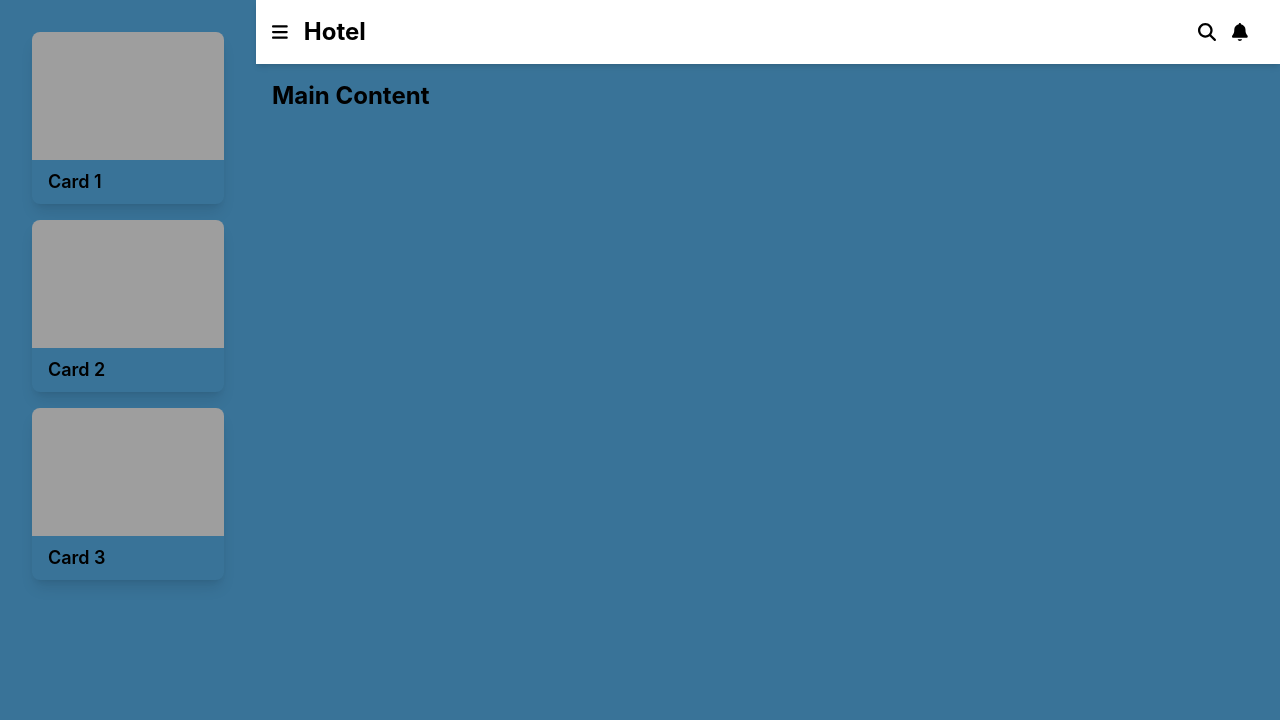
Repository: musabismael/Hotel
Page: /
An editor plug-in stored every save of this project. The page is shown before and after the next save, followed by the edit.
The browser window is 1280 px wide. The pictures show the whole page.
Pictures or frames that could not be fetched are drawn as grey boxes. The project was rebuilt for these pictures with package versions that can differ from the ones it lists, and the page was loaded fresh each time. Also part of the build but not shown: vite.config.js.

Above is the page before, as saved 2023-09-30 14:25:30.

### index.html
<!doctype html>
<html lang="en">
  <head>
    <meta charset="UTF-8" />
    <link rel="icon" type="image/svg+xml" href="/vite.svg" />
    <meta name="viewport" content="width=device-width, initial-scale=1.0" />
    <title>Hotel</title>
  </head>
  <body>
    <div id="root"></div>
    <script type="module" src="/src/main.jsx"></script>
  </body>
</html>

### src/App.jsx
import Header from "./component/Header";
import Sidebar from "./component/Sidebar";

function App() {
  return (
    <div className="flex">
      <Sidebar />

      <div className="flex-1">
        <Header />
        {/* Your main content goes here */}
        <main className="p-4">
          <h2 className="text-2xl font-bold">Main Content</h2>
          {/* Add your content here */}
        </main>
      </div>
    </div>
  );
}

export default App;

### src/index.css
@tailwind base;
@tailwind components;
@tailwind utilities;

:root {
  font-family: Inter, system-ui, Avenir, Helvetica, Arial, sans-serif;
  line-height: 1.5;
  font-weight: 400;

  background-color:#397398;

  font-synthesis: none;
  text-rendering: optimizeLegibility;
  -webkit-font-smoothing: antialiased;
  -moz-osx-font-smoothing: grayscale;
  -webkit-text-size-adjust: 100%;
}

### src/component/Header.jsx
import { FontAwesomeIcon } from "@fortawesome/react-fontawesome";
import { faBars, faBell, faSearch } from "@fortawesome/free-solid-svg-icons";

function Header() {
  return (
    <header className="bg-white shadow-md p-4 flex justify-between items-center">
      <div className="flex items-center">
        <FontAwesomeIcon
          icon={faBars}
          className="text-black mr-4 text-lg color"
        />
        <h1 className="text-2xl font-bold text-black">Hotel</h1>
      </div>
      <div className="flex items-center">
        <FontAwesomeIcon icon={faSearch} className="text-black text-lg mr-4" />
        <FontAwesomeIcon icon={faBell} className="text-black text-lg mr-4" />

        {/* Add other icons or elements on the right side here */}
      </div>
    </header>
  );
}

export default Header;

### src/component/Sidebar.jsx
import Card from "./Card";

const Sidebar = () => {

  const cardData = [
    {
      id: 1,
      title: "Card 1",
      imageUrl: "https://placeimg.com/300/200/nature",
    },
    {
      id: 2,
      title: "Card 2",
      imageUrl: "https://placeimg.com/300/200/animals",
    },
    {
      id: 3,
      title: "Card 3",
      imageUrl: "https://placeimg.com/300/200/architecture",
    },

  ];
  const handleCardClick = (id) => {
    console.log(`Card with ID ${id} clicked`);
  };
  return (
    <aside className="#3f7b9f  w-1/5 min-h-screen p-4 " >
      <nav>

        {cardData.map((card) => (
          <Card
            key={card.id}
            imageUrl={card.imageUrl}
            title={card.title}
            onClick={() => handleCardClick(card.id)}
          />
        ))}
      </nav>
    </aside>
  );
};

export default Sidebar;

### src/component/Card.jsx
function Card({ imageUrl, title, onClick }) {
  return (
    <div
    className="max-w-sm  mx-4 my-4 cursor-pointer shadow-lg rounded-lg overflow-hidden hover:shadow-xl transition duration-300 transform hover:scale-105"
    onClick={onClick}
    >
      <img src={imageUrl} alt={title} className="w-full h-32 object-cover" />
      <div className="px-4 py-2">
        <h3 className="text-lg font-semibold">{title}</h3>
        {/* Add more content or description here if needed */}
      </div>
    </div>
  );
}

export default Card;

Loaded but not shown: src/main.jsx (common file); tailwind.config.js (common file)

After the next save:
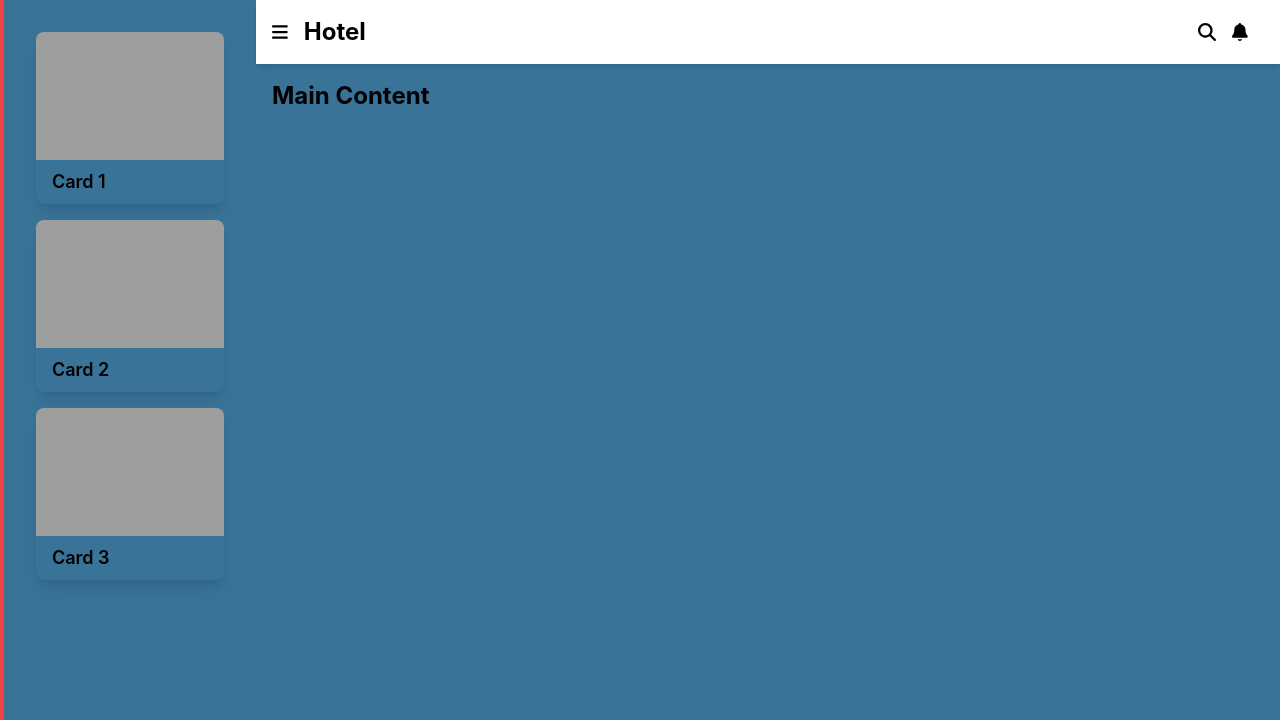
Saved 23 s later.
--- a/src/component/Sidebar.jsx
+++ b/src/component/Sidebar.jsx
@@ -24,7 +24,7 @@
     console.log(`Card with ID ${id} clicked`);
   };
   return (
-    <aside className="#3f7b9f  w-1/5 min-h-screen p-4 " >
+    <aside className="#3f7b9f  w-1/5 min-h-screen p-4 border-l-4 border-red-500 z-10" >
       <nav>
 
         {cardData.map((card) => (

After the 2 saves that followed:
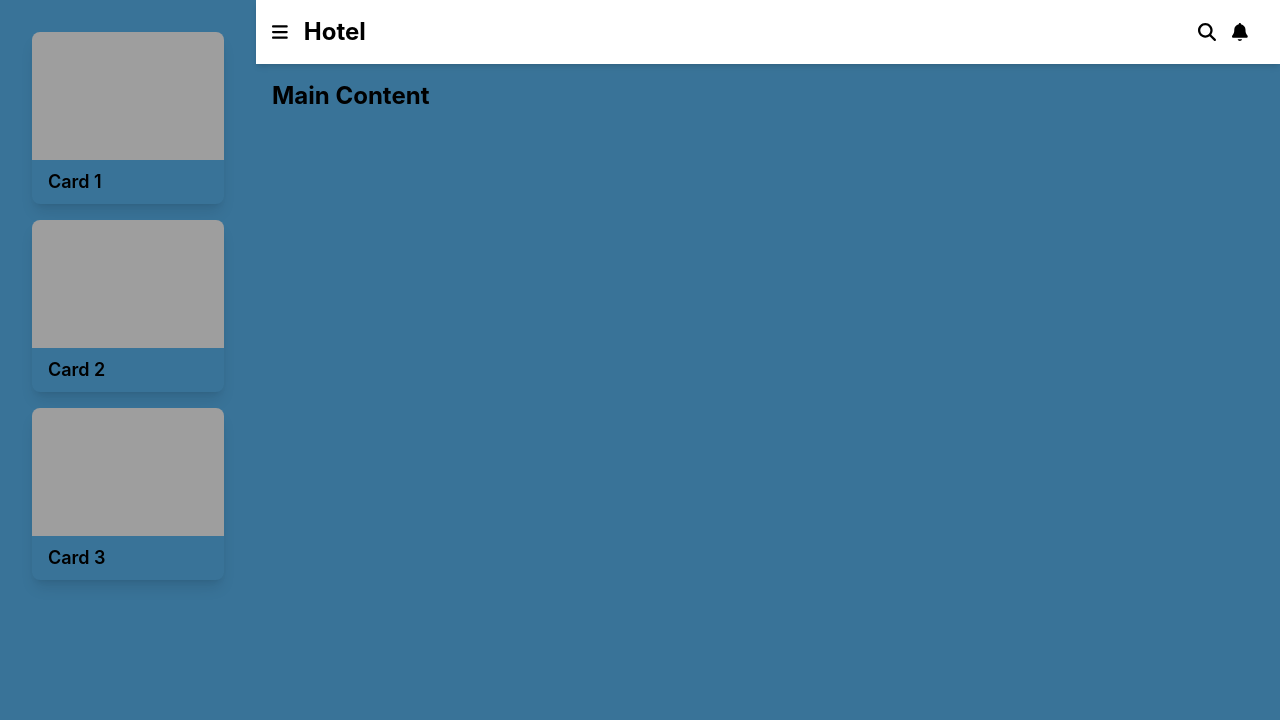
The 2 saves are shown as one change because they came seconds apart.
The last was saved 12 s later.
--- a/src/component/Sidebar.jsx
+++ b/src/component/Sidebar.jsx
@@ -24,7 +24,7 @@
     console.log(`Card with ID ${id} clicked`);
   };
   return (
-    <aside className="#3f7b9f  w-1/5 min-h-screen p-4 border-l-4 border-red-500 z-10" >
+    <aside className="#3f7b9f  w-1/5 min-h-screen p-4">
       <nav>
 
         {cardData.map((card) => (
